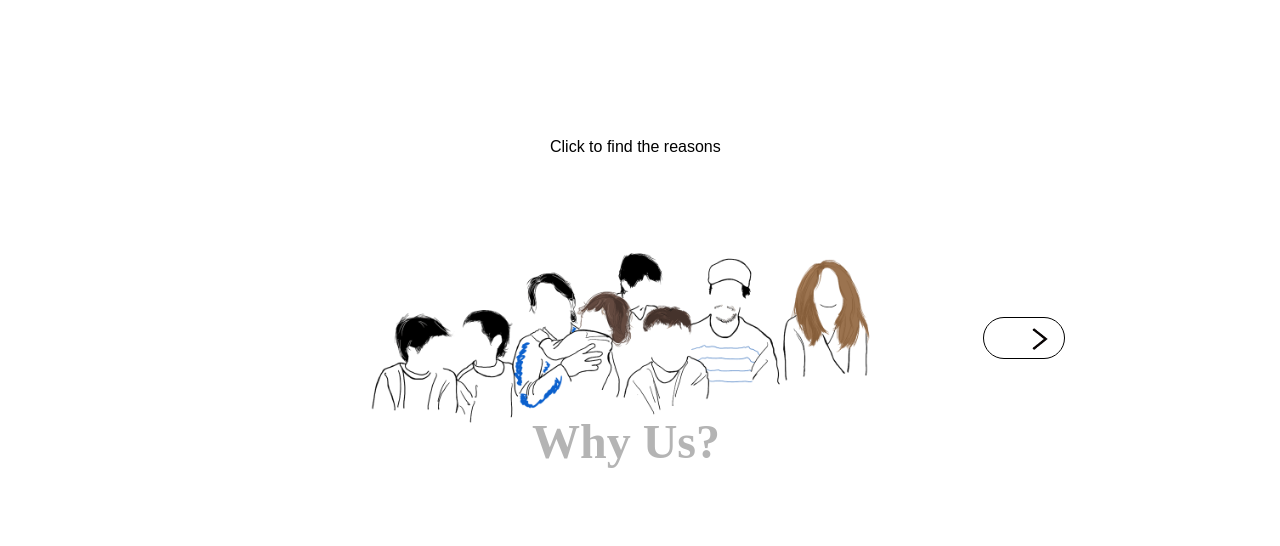
Repository: Lettie123/webpr4
Page: dis.html
The author's editor kept a copy of each file at every save. The page is drawn from the files as they stood at one save, then again after the next save.
The browser window is 1280 px wide. The pictures show the whole page.

Above is the page before, as saved 2020-12-03 12:27:34.

### dis.html
<html>
    <head>
        <meta charset="UTF-8">
        <meta name="viewport" content="width=device-width,initial-scale=1" />
        <meta name="viewport" content="width=device-width,initial-scale=1.0,maximum-scale=1.0,user-scalable=no">
        <link rel="stylesheet" type="text/css" href="style07.css">

<body>
    <div id="txt0">
        <div id="t1" style= "position:absolute; top: 0%; left: 0%;">
        <h1 style="font-size:100%; font-weight: normal; line-height: 24px;">
            Click to find the reasons
        </h1>
        </div>
    </div>
    <div id="whyusfm">
        <span>
            <img src="po/28.png" style="width:85% ;position:absolute; top:5%; left:5%;" >
        </span>
        <div id="whyus">
            <h1 style="position:absolute; top:50%; left:32%;font-size: 48px;color: #b4b4b4; font-weight: bolder; ">
            Why Us?
            </h1>
        </div>
    </div>
    <div id="chatb" style="display: none;">
        <img src="reason/cbox.png" style="width:100%;height:100%; position:absolute; top:14%; left:0%;">
    </div>
    <div id="begain" onclick="change0()" >
        <img src="pepic/begain.png" style="width:20%; position: absolute; top:23%; left:60%;">
    </div>


    <div id="block" style="display: none;">
    </div>
    <div id="block3">

    </div>

        <div id="ren" style="display: none;">
        <img src="pepic/ren.png" style="width:22% ;position:absolute; top:29%; left:49%;" >
        </div>

        <div id="block2" style="display:none;">
            <div id="txta1" style="position:absolute; top:5%; left:4%; width:260px;">
            <h1 style="font-size:14px; font-style: italic; font-weight:normal; line-height: 20px; ">
                “Europe’s Roma minorities, long victims of discrimination and persecution, are typically the most vulnerable group to statelessness in the region.”
            </h1>
            </div>
        </div>

        <div id="r01" style="display: none;">
        <img src="pepic/R.png" style="width:17% ;position:absolute; top:29%; left:61%;" >
        </div>
        <div id="r02" style="display: none;">
            <img src="pepic/oma.png" style="width:17% ;position:absolute; top:29%; left:62%;" >
        </div>

        <div id="r01b" style="display: none;">
            <img src="pepic/R.png" style="width:17% ;position:absolute; top:29%; left:61%;" >
            </div>
            <div id="r02b" style="display: none;">
                <img src="pepic/oma.png" style="width:17% ;position:absolute; top:29%; left:62%;" >
        </div>


    <div id="TXT">
    <div id="txt1" style="font-size:16px; font-weight: normal; line-height: 24px; position:absolute; top:27%; left:2%; display:none;">
        <h1 style="font-size:16px; font-weight: normal; line-height: 24px; ">
            We are from the Roma community, which is also called Gypsies. All of our family members are stateless.
        </h1>
    </div>
    <div id="txt2" style="font-size:16px; font-weight: normal; line-height: 24px; position:absolute; top:20%; left:2%; display:none;">
        <h1 style="font-size:16px; font-weight: normal; line-height: 24px;">
            There are a lot of reasons for Romanies to be stateless. We cannot go anywhere; we do not have any documents.
        </h1>
    </div>
    <div id="txt3" style="font-size:16px; font-weight: normal; line-height: 24px; position:absolute; top:20%; left:2%; display:none;">
        <h1 style="font-size:16px; font-weight: normal; line-height: 24px;">
            Roma is the largest stateless minority in Macedonian. And we are not the only minority group who remain stateless in the world.
        </h1>
    </div>
    </div>

    <div id="word" style="display: none;">
    <div id="ra">
        <h1 style="font-size:32px; font-weight: normal; line-height: 24px; color: #ffffff;
        position:absolute; top:30%; left:55%">Racism</h1>
    </div>
    <div id="rb">
        <h1 style="font-size:32px; font-weight: normal; line-height: 24px; color: #ffffff;
        position:absolute; top:42%; left:65%">Discrimination</h1>
    </div>
    <div id="rc">
        <h1 style="font-size:32px; font-weight: normal; line-height: 24px; color: #ffffff;
        position:absolute; top:34%; left:80%">War</h1>
    </div>
    <div id="rd">
        <h1 style="font-size:24px; font-weight: normal; line-height: 24px; color: #828181;
        position:absolute; top:42%; left:55%">History</h1>
    </div>
    <div id="re">
        <h1 style="font-size:24px; font-weight: normal; line-height: 24px; color: #828181;
        position:absolute; top:39%; left:75%">State Dissolution</h1>
    </div>
    <div id="rf">
        <h1 style="font-size:24px; font-weight: normal; line-height: 24px; color: #828181;
        position:absolute; top:36%; left:60%">National laws</h1>
    </div>
    <div id="rg">
        <h1 style="font-size:24px; font-weight: normal; line-height: 24px; color: #828181;
        position:absolute; top:29%; left:66%">Lack Document</h1>
    </div>
    <div id="rh">
        <h1 style="font-size:24px; font-weight: normal; line-height: 24px; color: #828181;
        position:absolute; top:26%; left:50%">Language</h1>
    </div>
    <div id="ri">
        <h1 style="font-size:32px; font-weight: normal; line-height: 24px; color: #ffffff;
        position:absolute; top:24%; left:85%">...</h1>
    </div>
    </div>

    <div id="line1" style="display:none;"></div>
    <div id="why" onclick="change1()" style="display: none;">
        <div style="position: absolute; top:23%; left:22%; color:white; width: 260px;">
        Why?
        </div>
        <img src="img/down1.png" style="width:10%; position: absolute; top:38%; left:65%" >
    </div>

    <div id="others" onclick="change3()" style="display:none;">
        <div style="position: absolute; top:23%; left:21%; width:260px; color:white"> Others?</div>
        <img src="img/down1.png" style="width:10%; position: absolute; top:38%; left:65%;">
    </div>

    <style type="text/css">
        span{
        font-size: 30px;
        }
    </style>

    <div id="minority01" style="display:none;" >
        <div id="line02"></div>
        <h1 style="font-size:30px; font-weight:bold; line-height: 35px; color: #2a5ea3; position:absolute; top:34%; left:15%; ">
           Statelessness</br>
           &Minorities
        </h1>
        <h2 style="font-size:16px; font-weight:normal; line-height: 20px; color: #ffffff; position:absolute; top:47%; left:16%; text-align: justify; ">
            Minorities are especially vulnerable to statelessness.
        </h2>
        <h3 style="font-size:16px; font-weight:normal; line-height: 20px; color: #ffffff; position:absolute; top:60%; left:15%; text-align: justify;  ">
            Minorities make up a large portion of the world’s stateless population. This is due in part to indirect discrimination: as marginalized communities, they are especially likely to struggle with lack of resources and limited access to official systems of registration
        </h3>
        <h4 style="font-size:16px; font-weight:normal; line-height: 20px; color: #ffffff; position:absolute; top:13%; left:15%; text-align: justify;  ">
            <span>Minorities are</span> disadvantaged ethnic, national, religious, linguistic or cultural groups who are smaller in number than the rest of the population
        </h4>

    </div>
    <div id="mpeople"  style="display:none;" >
        <img src="pepic/minority.png" style="width:45%;" >
    </div>

    <div id="line1b" style="display: none;"></div>

    <!-- <div id="next"   style="display:none;" onclick="change5()">
        <img src="pepic/next.png" style="width:70%;" >
    </div> -->
    <div id="next"   style="display:none;" onclick="change5()">
        <div style="position: absolute; top:18%; left:30%; width:260px; color:white"> Next?</div>
        <img src="img/down1.png" style="width:6%;position: absolute; top:32%; left:60% " >
    </div>

    <script>
        function change5(){
        window.location.href="st.html";
        }
        function change3(){
        document.getElementById("block2").style.display="none";
        document.getElementById("ren").style.display="none";
        document.getElementById("r01b").style.display="none";
        document.getElementById("others").style.display="none";
        document.getElementById("block").style.WebkitAnimationPlayState = "running";
        document.getElementById("block3").style.WebkitAnimationPlayState = "running";
        document.getElementById("minority01").style.display="block";
        document.getElementById("mpeople").style.display="block";
        document.getElementById("line1b").style.display="block";
        document.getElementById("next").style.display="block";
        }
        function change2(){
        document.getElementById("word").style.display="none";
        document.getElementById("txt2").style.display="none";
        document.getElementById("txt3").style.display="block";
        document.getElementById("line1").style.display="none";
        document.getElementById("r01").style.display="none";
        document.getElementById("r02").style.display="none";
        document.getElementById("r01b").style.display="block";
        document.getElementById("r02b").style.display="block";
        document.getElementById("ren").style.display="block";
        document.getElementById("block2").style.display="block";
        document.getElementById("why").style.display="none";
        document.getElementById("others").style.display="block";
        }
        function change1(){
        document.getElementById("line1").style.display="block";
        document.getElementById("txt1").style.display="none";
        document.getElementById("txt2").style.display="block";
        document.getElementById("r01").style.WebkitAnimationPlayState = "running";
        document.getElementById("r02").style.WebkitAnimationPlayState = "running";
        document.getElementById("word").style.display="block";
        document.getElementById("why").onclick=change2;
        }
        function change0(){
            document.getElementById("whyusfm").style.WebkitAnimationPlayState = "running";
            document.getElementById("block").style.display="block";
            document.getElementById("chatb").style.display="block";
            document.getElementById("whyus").style.display="none";
            document.getElementById("r01").style.display="block";
            document.getElementById("r02").style.display="block";
            document.getElementById("txt1").style.display="block";
            document.getElementById("txt0").style.display="none";
            document.getElementById("why").style.display="block";
        }
    </script>


</body>

### style07.css
body {
	overflow:scroll;
    overflow-y:hidden;
    overflow-x:hidden;
}
#block{
    height: 100%;
    width: 100%;
    background-color: black;
    top:0;
    left:40%;
    right:0;
	bottom:0;
    position: absolute;
}
#block{
    animation:block 1.2s;
    -webkit-animation:block 1.2s;
    animation-iteration-count:1;
    -webkit-animation-iteration-count:1;
    animation-fill-mode: forwards;
    -webkit-animation-fill-mode: forwards;
}
@keyframes block {
    0% {left:100%;}
	to {left:40%;}
}
#why{
	width: 150px;
    height: 40px;
    border-radius: 20px;
    background-color: black;
    border:1px solid black;
    position: absolute;
	left: 19%;
	top: 70%;
	transform: translate(-50%,-50%);
}
#why:hover {
    opacity: 0.3;
}
#why{
    animation:why 2s;
    -webkit-animation:why 2s;
    animation-iteration-count:1;
    -webkit-animation-iteration-count:1;
    animation-fill-mode: forwards;
    -webkit-animation-fill-mode: forwards;
}
@keyframes why {
    0% {top:120%;}
    70% {top:120%;}
	to {top:70%;}
}
#txt1{
    height:150px;
    width:420px;
    text-align: left;
	border-radius: 10px;
	position: absolute;
    font-family: Arial;
    color:black;
}
#txt1{
    animation:txt1 2s;
    -webkit-animation:txt1 2s;
    animation-iteration-count:1;
    -webkit-animation-iteration-count:1;
    animation-fill-mode: forwards;
    -webkit-animation-fill-mode: forwards;
}
@keyframes txt1 {
    0% {top:50%;opacity: 0;}
    70% {top:50%;opacity: 0;}
	to {top:25%;opacity: 1;}
}
#line1{
    height: 3px;
    width: 60%;
    top:38%;
    left:40%;
    right:0;
    bottom:0;
    background-color:#ffffff;
    position: absolute;
}
#line1{
    animation:line1 3s;
    -webkit-animation:line1 3s;
    animation-iteration-count:1;
    -webkit-animation-iteration-count:1;
    animation-fill-mode: forwards;
    -webkit-animation-fill-mode: forwards;
}
@keyframes line1 {
    0% {width: 0%; top:36%;}
    40%{width:60%; top:36%;}
    70% {top:36%; width:60%;}
	to {top:50%; width:60%;}
}
#r01{
    top:0%;
    left:0%;
    right:0;
    bottom:0;
    position: absolute;
}
#r02{
    top:0%;
    left:0%;
    right:0;
    bottom:0;
    position: absolute;
}
#r01b{
    top:0%;
    left:0%;
    right:0;
    bottom:0;
    position: absolute;
}
#r02b{
    top:0%;
    left:0%;
    right:0;
    bottom:0;
    position: absolute;
}
#r01{
    animation:r01 3s;
    -webkit-animation:r01 3s;
    animation-iteration-count:1;
    -webkit-animation-iteration-count:1;
    -webkit-animation-play-state:paused;
    animation-fill-mode: forwards;
    -webkit-animation-fill-mode: forwards;
}
@keyframes r01 {
    0% {top:0%;}
    70% {top:0%;}
	to {top:18%;}
}
#r02{
    animation:r02 3s;
    -webkit-animation:r02 3s;
    animation-iteration-count:1;
    -webkit-animation-iteration-count:1;
    -webkit-animation-play-state:paused;
    animation-fill-mode: forwards;
    -webkit-animation-fill-mode: forwards;
}
@keyframes r02 {
    0% {top:0%;}
    70% {top:0%;}
	to {top:18%;}
}
#txt2{
    height:150px;
    width:420px;
    text-align: left;
	border-radius: 10px;
	position: absolute;
    font-family: Arial;
    color:black;
}
#txt2{
    animation:txt2 1.2s;
    -webkit-animation:txt2 1.2s;
    animation-iteration-count:1;
    -webkit-animation-iteration-count:1;
    animation-fill-mode: forwards;
    -webkit-animation-fill-mode: forwards;
}
@keyframes txt2 {
	0% {top:32%;opacity: 0;}
	to {top:23%;opacity: 1;}
}
#ra{
    animation:ra 3s;
    -webkit-animation:ra 3s;
    animation-iteration-count:1;
    -webkit-animation-iteration-count:1;
    animation-fill-mode: forwards;
    -webkit-animation-fill-mode: forwards;
}
@keyframes ra {
    0% {opacity: 0;}
	70% {opacity: 0;}
	to {opacity: 1;}
}
#rb{
    animation:rb 3s;
    -webkit-animation:rb 3s;
    animation-iteration-count:1;
    -webkit-animation-iteration-count:1;
    animation-fill-mode: forwards;
    -webkit-animation-fill-mode: forwards;
}
@keyframes rb {
    0% {opacity: 0;}
	85% {opacity: 0;}
	to {opacity: 1;}
}
#rc{
    animation:rc 4s;
    -webkit-animation:rc 4s;
    animation-iteration-count:1;
    -webkit-animation-iteration-count:1;
    animation-fill-mode: forwards;
    -webkit-animation-fill-mode: forwards;
}
@keyframes rc {
    0% {opacity: 0;}
	70% {opacity: 0;}
	to {opacity: 1;}
}
#rd{
    animation:rd 4s;
    -webkit-animation:rd 4s;
    animation-iteration-count:1;
    -webkit-animation-iteration-count:1;
    animation-fill-mode: forwards;
    -webkit-animation-fill-mode: forwards;
}
@keyframes rd {
    0% {opacity: 0;}
	85% {opacity: 0;}
	to {opacity: 1;}
}
#re{
    animation:re 5s;
    -webkit-animation:re 5s;
    animation-iteration-count:1;
    -webkit-animation-iteration-count:1;
    animation-fill-mode: forwards;
    -webkit-animation-fill-mode: forwards;
}
@keyframes re {
    0% {opacity: 0;}
	70% {opacity: 0;}
	to {opacity: 1;}
}
#rf{
    animation:rf 5s;
    -webkit-animation:rf 5s;
    animation-iteration-count:1;
    -webkit-animation-iteration-count:1;
    animation-fill-mode: forwards;
    -webkit-animation-fill-mode: forwards;
}
@keyframes rf {
    0% {opacity: 0;}
	85% {opacity: 0;}
	to {opacity: 1;}
}
#rg{
    animation:rg 6s;
    -webkit-animation:rg 6s;
    animation-iteration-count:1;
    -webkit-animation-iteration-count:1;
    animation-fill-mode: forwards;
    -webkit-animation-fill-mode: forwards;
}
@keyframes rg {
    0% {opacity: 0;}
	70% {opacity: 0;}
	to {opacity: 1;}
}
#rh{
    animation:rh 6s;
    -webkit-animation:rh 6s;
    animation-iteration-count:1;
    -webkit-animation-iteration-count:1;
    animation-fill-mode: forwards;
    -webkit-animation-fill-mode: forwards;
}
@keyframes rh {
    0% {opacity: 0;}
	85% {opacity: 0;}
	to {opacity: 1;}
}
#ri{
    animation:ri 6s;
    -webkit-animation:ri 6s;
    animation-iteration-count:1;
    -webkit-animation-iteration-count:1;
    animation-fill-mode: forwards;
    -webkit-animation-fill-mode: forwards;
}
@keyframes ri {
    0% {opacity: 0;}
	85% {opacity: 0;}
	to {opacity: 1;}
}
#txt3{
    height:150px;
    width:420px;
    text-align: left;
	border-radius: 10px;
	position: absolute;
    font-family: Arial;
    color:black;
}
#txt3{
    animation:txt3 1.2s;
    -webkit-animation:txt3 1.2s;
    animation-iteration-count:1;
    -webkit-animation-iteration-count:1;
    animation-fill-mode: forwards;
    -webkit-animation-fill-mode: forwards;
}
@keyframes txt3 {
	0% {top:32%;opacity: 0;}
	to {top:22%;opacity: 1;}
}
#r01b{
    animation:r01b 3s;
    -webkit-animation:r01b 3s;
    animation-iteration-count:1;
    -webkit-animation-iteration-count:1;
    animation-fill-mode: forwards;
    -webkit-animation-fill-mode: forwards;
}
@keyframes r01b {
    0% {top:18%;}
    50% {top:0%;}
	to {top:0%;}
}
#r02b{
    animation:r02b 3s;
    -webkit-animation:r02b 3s;
    animation-iteration-count:1;
    -webkit-animation-iteration-count:1;
    animation-fill-mode: forwards;
    -webkit-animation-fill-mode: forwards;
}
@keyframes r02b {
    0% {top:18%; opacity: 1;}
    50% {top:0%;opacity: 1;}
	to {top:0%;opacity: 0;}
}
#ren{
    animation:ren 3s;
    -webkit-animation:ren 3s;
    animation-iteration-count:1;
    -webkit-animation-iteration-count:1;
    animation-fill-mode: forwards;
    -webkit-animation-fill-mode: forwards;
}
@keyframes ren {
    0% {opacity: 0;}
    70% {opacity: 0;}
	to {opacity: 0.7;}
}
#block2{
	text-align: justify;
	background-color:rgba(255, 255, 255, 0.1);
	width: 290px;
    height: 120px;
	position: absolute;
	left: 82%;
    top: 46%;
    font-family: Arial;
    color:white;
	transform: translate(-50%,-50%);
}
#block2{
    animation:block2 4s;
    -webkit-animation:block2 4s;
    animation-iteration-count:1;
    -webkit-animation-iteration-count:1;
    animation-fill-mode: forwards;
    -webkit-animation-fill-mode: forwards;
}
@keyframes block2 {
    0% {left:90%;opacity: 0;}
    80% {left:90%;opacity: 0;}
	to {left:83%;opacity: 1;}
}
#others{
	width: 150px;
    height: 40px;
    border-radius: 20px;
    background-color: black;
    position: absolute;
	left: 19%;
	top: 70%;
	transform: translate(-50%,-50%);
}
#others:hover {
    opacity: 0.3;
}
#block3{
    height: 100%;
    width: 30%;
    background-color: #131313;
    top:0;
    left:100%;
    right:0;
	bottom:0;
    position: absolute;
}
#block3{
    animation:block3 1.2s;
    -webkit-animation:block3 1.2s;
    -webkit-animation-play-state:paused;
    animation-iteration-count:1;
    -webkit-animation-iteration-count:1;
    animation-fill-mode: forwards;
    -webkit-animation-fill-mode: forwards;
}
@keyframes block3 {
    0% {left:100%;}
	to {left:70%;}
}
#line02{
    height: 140px;
    width: 3px;
    top:35%;
    left:13%;
    right:0;
    bottom:0;
    background-color:#2a5ea3;
    position: absolute;
}
#minority01{
    animation:minority01 4s;
    -webkit-animation:minority01 4s;
    animation-iteration-count:1;
    -webkit-animation-iteration-count:1;
    animation-fill-mode: forwards;
    -webkit-animation-fill-mode: forwards;
}
@keyframes minority01 {
    0% {top:140%;}
    50% {top:140%;}
	to {top:45%;}
}
#minority01{
	width: 25%;
    height: 90%;
    position: absolute;
	left: 83%;
	top: 50%;
	transform: translate(-50%,-50%);
}
#mpeople{
	width: 100%;
    position: absolute;
	left: 60%;
	top: 48%;
	transform: translate(-50%,-50%);
}
#line1b{
    height: 3px;
    width: 23%;
    top:17%;
    left:50%;
    right:0;
    bottom:0;
    background-color:#2a5ea3;
    position: absolute;
}
#line1b{
    animation:line1b 4s;
    -webkit-animation:line1b 4s;
    animation-iteration-count:1;
    -webkit-animation-iteration-count:1;
    animation-fill-mode: forwards;
    -webkit-animation-fill-mode: forwards;
}
@keyframes line1b {
    0% {width: 0%;}
    80% {width: 0%;}
	to {width: 23%;}
}
#mpeople{
    animation:mpeople 3s;
    -webkit-animation:mpeople 3s;
    animation-iteration-count:1;
    -webkit-animation-iteration-count:1;
    animation-fill-mode: forwards;
    -webkit-animation-fill-mode: forwards;
}
@keyframes mpeople {
    0% {opacity: 0;}
    30% {opacity: 0;}
	to {opacity:1;}
}
#next{
    width: 20%;
    height: 5%;
    border-radius: 20px;
    border:1px solid white;
    position: absolute;
	left: 85%;
	top: 70%;
	transform: translate(-50%,-50%);
}
#next:hover {
    opacity: 0.3;
}
#next{
    animation:next 4s;
    -webkit-animation:next 4s;
    animation-iteration-count:1;
    -webkit-animation-iteration-count:1;
    animation-fill-mode: forwards;
    -webkit-animation-fill-mode: forwards;
}
@keyframes next {
    0% {top:120%;}
    70% {top:120%;}
	to {top:90%;}
}
#chatb{
    width: 430px;
    height: 120px;
    position: absolute;
	left: 20%;
	top: 20%;
	transform: translate(-50%,-50%);
}
#TXT{
	width: 430px;
    height: 120px;
    position: absolute;
	left: 20%;
	top: 20%;
	transform: translate(-50%,-50%);
}
#whyusfm{
    width: 600px;
    height: 400px;
    position:absolute;
    left:50%;
    top:53%;
    transform: translate(-50%,-50%);
}
#whyusfm{
    animation:whyusfm 1.2s;
    -webkit-animation:whyusfm 1.2s;
    -webkit-animation-play-state:paused;
    animation-iteration-count:1;
    -webkit-animation-iteration-count:1;
    animation-fill-mode: forwards;
    -webkit-animation-fill-mode: forwards;
}
@keyframes whyusfm {
    0% {left:50%;}
	to {left:20%;}
}
#begain{
	width: 80px;
    height: 40px;
    border:1px solid black;
    border-radius: 30px;
    position: absolute;
	left: 80%;
	top: 47%;
	transform: translate(-50%,-50%);
}
  #begain:hover {
  opacity: 0.3;
}
#txt0{
    height:40px;
    width:180px;
    left:50%;
    top:20%;
    text-align: center;
	position: absolute;
    font-family: Arial;
    color:black;
    transform: translate(-50%,-50%);
}
#r01{
    animation:r01  2s;
    -webkit-animation:r01  2s;
    animation-iteration-count:1;
    -webkit-animation-iteration-count:1;
    animation-fill-mode: forwards;
    -webkit-animation-fill-mode: forwards;
}
@keyframes r01 {
    0% {opacity: 0;}
    50% {opacity: 0;}
	to {opacity: 1;}
}
#r02{
    animation:r02  2s;
    -webkit-animation:r02  2s;
    animation-iteration-count:1;
    -webkit-animation-iteration-count:1;
    animation-fill-mode: forwards;
    -webkit-animation-fill-mode: forwards;
}
@keyframes r02 {
    0% {opacity: 0;}
    50% {opacity: 0;}
	to {opacity: 1;}
}
#chatb{
    animation:chatb 2s;
    -webkit-animation:chatb 2s;
    animation-iteration-count:1;
    -webkit-animation-iteration-count:1;
    animation-fill-mode: forwards;
    -webkit-animation-fill-mode: forwards;
}
@keyframes chatb {
    0% {opacity: 0;}
    50% {opacity: 0;}
	to {opacity:1;}
}

After the next save:
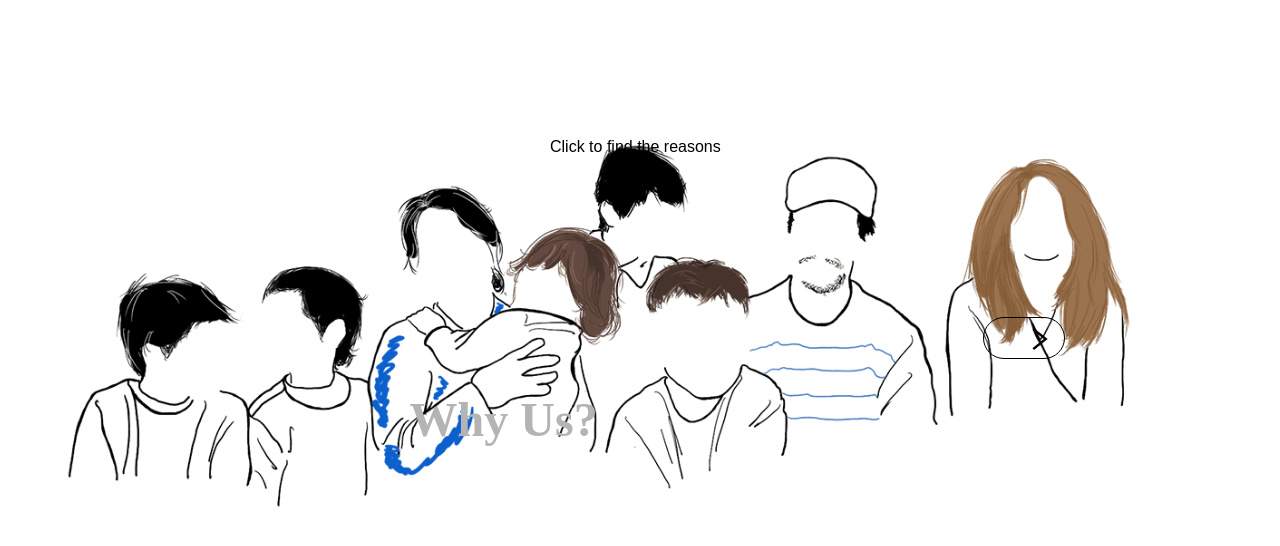
Saved 2 min 17 s later.
--- a/style07.css
+++ b/style07.css
@@ -530,14 +530,6 @@ body {
 	transform: translate(-50%,-50%);
 }
 #whyusfm{
-    width: 600px;
-    height: 400px;
-    position:absolute;
-    left:50%;
-    top:53%;
-    transform: translate(-50%,-50%);
-}
-#whyusfm{
     animation:whyusfm 1.2s;
     -webkit-animation:whyusfm 1.2s;
     -webkit-animation-play-state:paused;
@@ -547,8 +539,8 @@ body {
     -webkit-animation-fill-mode: forwards;
 }
 @keyframes whyusfm {
-    0% {left:50%;}
-	to {left:20%;}
+    0% {left:39%;}
+	to {left:9%;}
 }
 #begain{
 	width: 80px;
